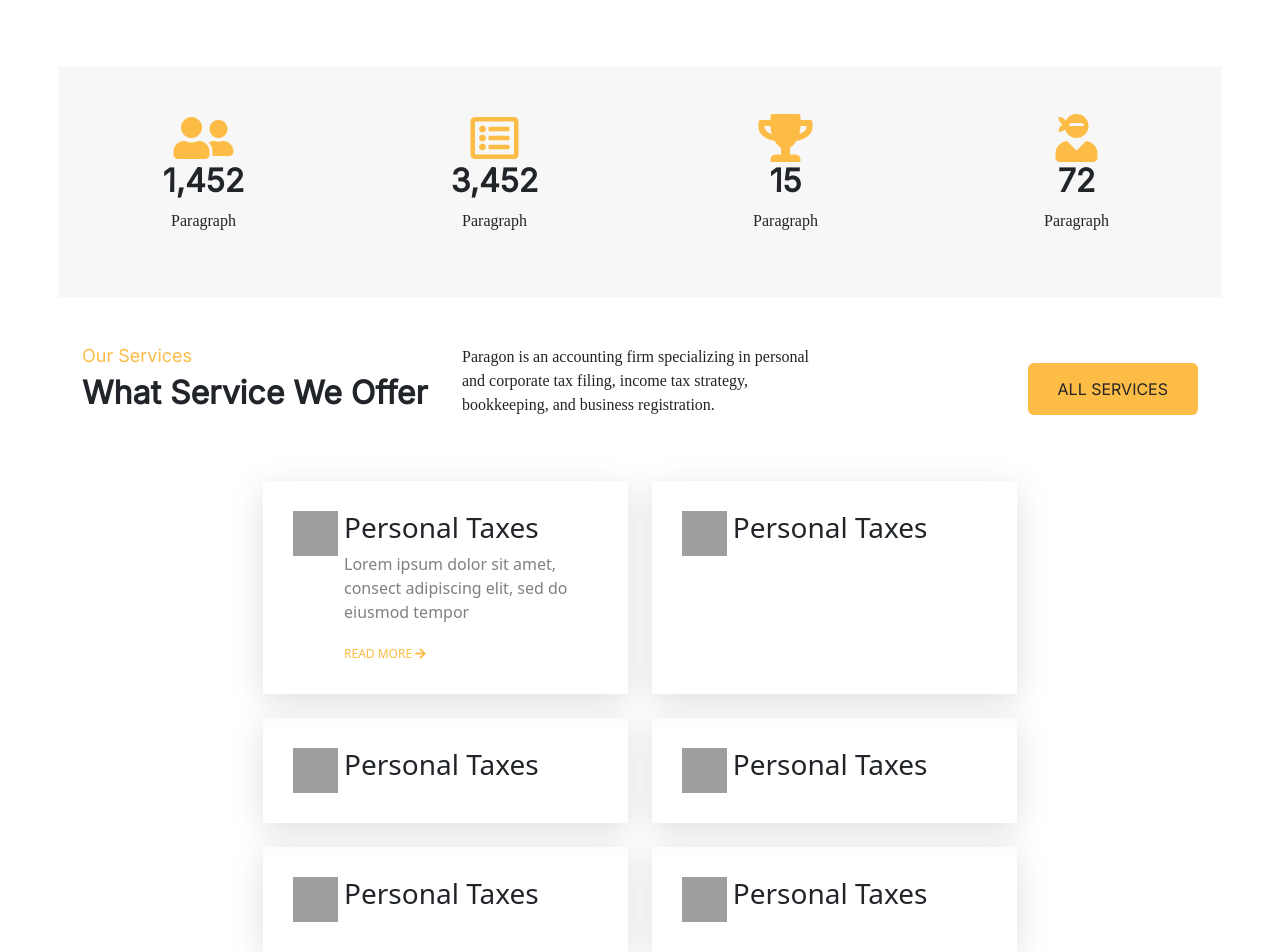
Repository: FailureMaster/paragonaccounting
Page: http://localhost/index.html
These files come from the project's save history. The page is drawn as it stood at one moment and after the next save; the edit follows.
The browser window is 1280 px wide. The pictures show the part of the page from y = 1567 to 2519 px (the page is 2519 px tall before and 2510 px after).
Pictures or frames that could not be fetched are drawn as grey boxes. Some web fonts or font styles are not loaded; a fallback is used. The page is run by PHP 8.4 with error messages shown; the project is at /var/www/html/.

Above is the page before, as saved 2022-12-21 00:48:26.

After the next save:
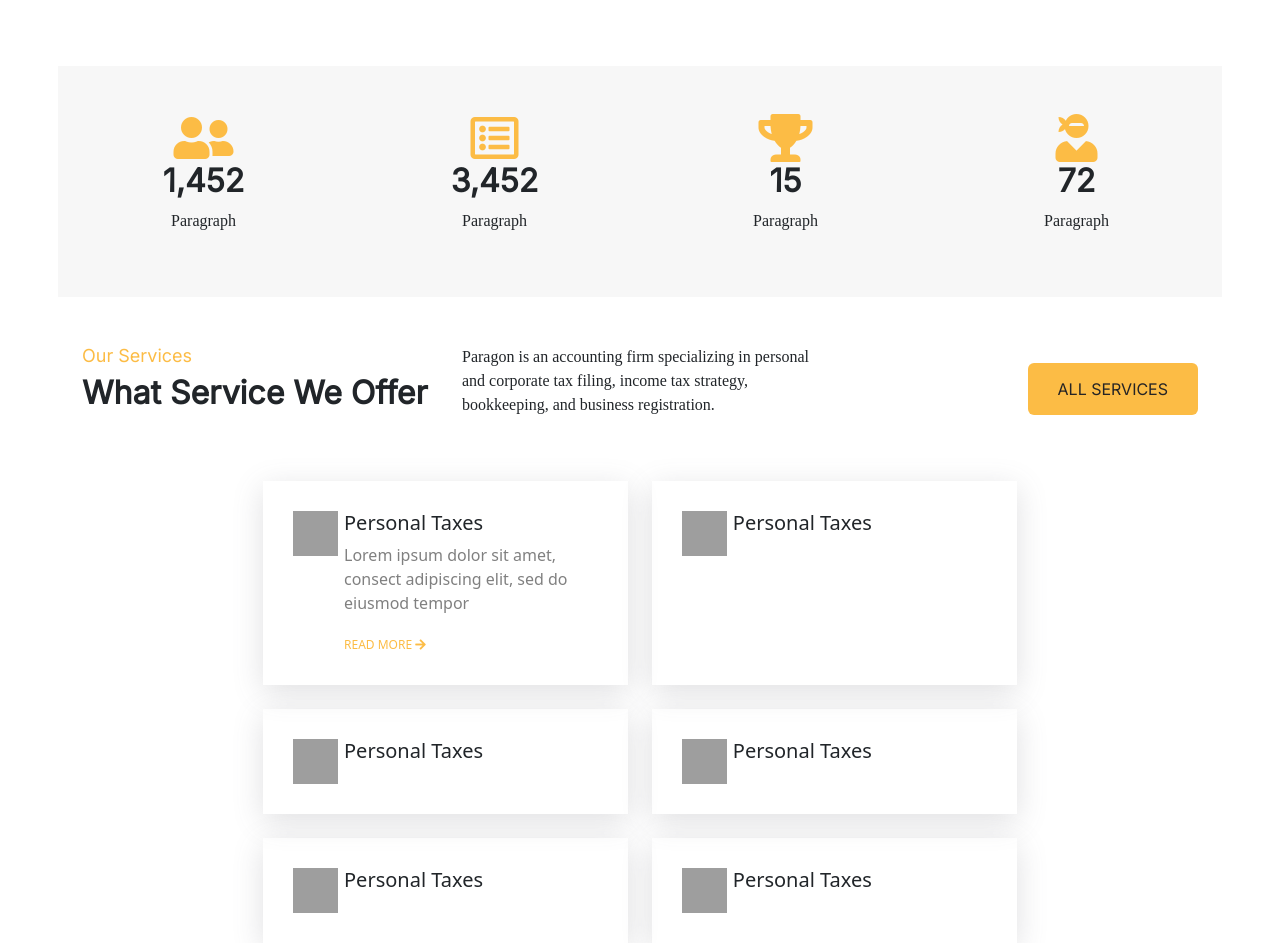
Saved 80 s later.
--- a/assets/css/styles.css
+++ b/assets/css/styles.css
@@ -180,6 +180,10 @@ nav .container {
   width: 45px;
 }
 
+.service-box h3 {
+  font-size: 20px;
+}
+
 .service-box p {
   color: gray;
 }
